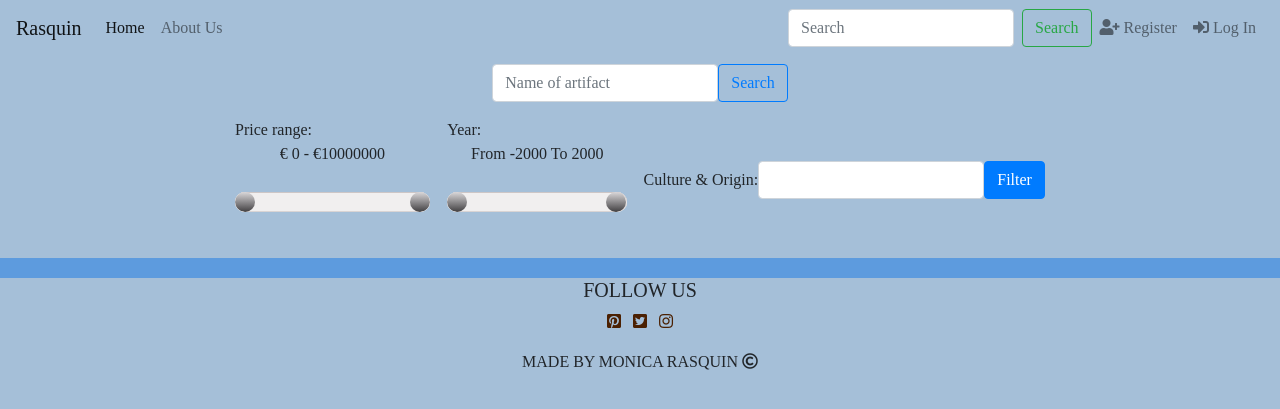
Repository: Rasquin/auction
Page: templates/base.html
The author's editor kept a record of every edit. The page is drawn from the files as they stood at one moment, then again after the next edit.
The browser window is 1280 px wide. The pictures show the whole page.
The template is drawn by Django 2.2. The application's start-up code is not run. Other server files are loaded and not shown. The template is opened directly, without the code that normally fills it, so the values that code supplies are empty.

Above is the page before.

### templates/base.html
<!DOCTYPE html>

{% load staticfiles %}


<html lang="en">

<head>
    <meta charset="UTF-8">
    <meta name="viewport" content="width=device-width, initial-scale=1.0">
    <meta http-equiv="X-UA-Compatible" content="ie=edge">

    <!-- favicon icon-->
	<link rel="shortcut icon" href="{% static 'icon/lizzy.ico' %}" />

    <!-- Bootstrap compiled and minified CSS -->
    <link rel="stylesheet" href="https://stackpath.bootstrapcdn.com/bootstrap/4.3.1/css/bootstrap.min.css" integrity="sha384-ggOyR0iXCbMQv3Xipma34MD+dH/1fQ784/j6cY/iJTQUOhcWr7x9JvoRxT2MZw1T" crossorigin="anonymous">

    <!-- Font Awesome compiled and minified CSS -->
    <link rel="stylesheet" href="{% static 'font-awesome/css/all.css' %}">



    <!-- Own CSS -->
    <link rel="stylesheet" href="{% static 'css/mystyle.css' %}" type="text/css" />


    <!-- Own Scripts -->
    <script type="text/javascript" src="{% static 'js/myscript.js' %}"></script>

    <title>{% block page_title %}{% endblock %}</title>

</head>


<body>
    <!-- NavBar area -->
    <nav class="navbar navbar-expand-lg navbar-light bg-light">
        <!-- NavBar Brand-->
        <a class="navbar-brand" href="#">Rasquin</a>
        <button class="navbar-toggler" type="button" data-toggle="collapse" data-target="#navbarSupportedContent" aria-controls="navbarSupportedContent" aria-expanded="false" aria-label="Toggle navigation">
            <span class="navbar-toggler-icon"></span>
        </button>

        <div class="collapse navbar-collapse" id="navbarSupportedContent">
            <!-- NavBar Home & ABout-->
            <ul class="navbar-nav mr-auto">
                <li class="nav-item active">
                    <a class="nav-link" href="{% url 'index' %}">Home <span class="sr-only">(current)</span></a>
                </li>
                <li class="nav-item">
                    <a class="nav-link" href="{% url 'about' %}">About Us</a>
                </li>

            </ul>

            <form class="form-inline my-2 my-lg-0">
                <input class="form-control mr-sm-2" type="search" placeholder="Search" aria-label="Search">
                <button class="btn btn-outline-success my-2 my-sm-0" type="submit">Search</button>
            </form>
            <!-- NavBar User status-->
            <ul class="navbar-nav navbar-right">
                    {% if user.is_authenticated %}
                        <li class="nav-item">
                            <a class="nav-link" href="{% url 'profile' %}"><i class="fa fa-user"></i> Profile</a>
                        </li>
                        <li class="nav-item">
                            <a class="nav-link" href="{% url 'logout' %}"><i class="fa fa-sign-out-alt"></i> Log Out</a>
                        </li>
                        <li class="nav-item">
                            <a class="nav-link" href="{% url 'view_my_biddings' %}"><i class="fas fa-gavel"></i>My Biddings </a>
                        </li>
                    {%  else %}
                        <li class="nav-item">
                            <a class="nav-link" href="{% url 'register' %}"><i class="fa fa-user-plus"></i> Register</a>
                        </li>
                        <li class="nav-item">
                            <a class="nav-link" href="{% url 'login' %}"><i class="fa fa-sign-in-alt"></i> Log In</a>
                        </li>
                    {% endif %}
                </ul>
        </div>
    </nav>

    <!-- Search & Filter area -->

    <!-- Search -->
    <nav class="navbar navbar-light bg-light justify-content-center">
        <form action="{% url 'search_by_name' %}" method="get" class="form-inline ">
            {% csrf_token %}
            <input type="text" class="form-control" id="artifact_name" name="artifact_name" required placeholder="Name of artifact">
            <button class="btn btn-outline-primary  my-2 my-sm-0" type="search">Search</button>
        </form>
    </nav>


    <!-- Filters -->

    <nav class="navbar navbar-light bg-light justify-content-center">
        <form action="{% url 'filters' %}" method="get" class="form-inline">
            {% csrf_token %}
            <!-- Price Filter -->
            <div class="form-group mb-2" >
                <label for="amount">Price range:</label>

                <div class="col-11">
                    <section class="range-slider-price range-slider">
                        <span class="rangePriceValues rangeValues"></span>
                        <input value="0" min="0" max="10000000" step="5000" type="range" name="min_price">
                        <input value="10000000" min="0" max="10000000" step="5000" type="range" name="max_price">
                    </section>
                </div>
            </div>
            <!-- Year Filter -->
            <div class="form-group mb-2" >
                <label  for="amount">Year:</label>

                <div class="col-11">
                    <section class="range-slider-year range-slider">

                        <span class="rangeYearValues"></span>
                        <input value="-2000" min="-2000" max="2020" step="200" type="range" name="min_year">
                        <input value="2020" min="-2000" max="2020" step="200" type="range" name="max_year">
                    </section>
                </div>
            </div>
            <!-- Origin Filter -->
            <div class="form-group mb-2">
                <label for="origin">Culture & Origin:</label>
                <input type="text" class="form-control" id="artifact_origin" name="artifact_origin">
            </div>
            <!-- Filter Button -->

                <button class="btn btn-primary mb-2" type="search">Filter</button>


        </form>
    </nav>




    <!-- Messages area -->
    {% if messages %}
    <div class="alert alert-success">
            <div class="messages">
                {% for message in messages %}
                    {{ message }}
                {% endfor %}
            </div>
        </div>
    {% endif %}

    <!-- Content area -->
    <div class="container-general">

        <!-- Block content area -->
        <div class="container-fluid">
            {% block content %} {% endblock %}
        </div>

    </div>

    <!-- Footer area -->
    <footer class="container-fluid">


        <!-- SOCIAL MEDIA-->
        <div class="row ">
            <div class="col-12 text-center">
                <h5 class="text-uppercase">Follow Us</h5>
                <ul class="list-inline social-links">
                    <li class="list-inline-item"><a href="#"><i class="fab fa-pinterest-square"  aria-hidden="true"></i></a></li>
                    <li class="list-inline-item"><a href="#"><i class="fab fa-twitter-square" aria-hidden="true"></i></a></li>
                    <li class="list-inline-item"><a href="#"><i class="fab fa-instagram" aria-hidden="true"></i></a></li>
                </ul>
            </div>
        </div>

        <!--COPYRIGHT-->
        <div class="row ">
            <div class="col-12">

                <p class="text-center text-uppercase">Made by Monica Rasquin <i class="far fa-copyright"></i> </p>
            </div>
        </div>
    </footer>


    <!-- Bootstrap compiled and minified JavaScript -->
    <script src="https://code.jquery.com/jquery-3.3.1.slim.min.js" integrity="sha384-q8i/X+965DzO0rT7abK41JStQIAqVgRVzpbzo5smXKp4YfRvH+8abtTE1Pi6jizo" crossorigin="anonymous"></script>
    <script src="https://cdnjs.cloudflare.com/ajax/libs/popper.js/1.14.7/umd/popper.min.js" integrity="sha384-UO2eT0CpHqdSJQ6hJty5KVphtPhzWj9WO1clHTMGa3JDZwrnQq4sF86dIHNDz0W1" crossorigin="anonymous"></script>
    <script src="https://stackpath.bootstrapcdn.com/bootstrap/4.3.1/js/bootstrap.min.js" integrity="sha384-JjSmVgyd0p3pXB1rRibZUAYoIIy6OrQ6VrjIEaFf/nJGzIxFDsf4x0xIM+B07jRM" crossorigin="anonymous"></script>
    {% block head_js %} {% endblock %}

</body>
</html>

### static/js/myscript.js
//--------------------------------------Slider for Prices filter
function getPriceVals() {
    // Get slider price values
    var parent = this.parentNode;
    var slides = parent.getElementsByTagName("input");
    var slide1 = parseFloat(slides[0].value);
    var slide2 = parseFloat(slides[1].value);
    // Neither slider will clip the other, so make sure we determine which is larger
    if (slide1 > slide2) { var tmp = slide2;
        slide2 = slide1;
        slide1 = tmp; }

    var displayElement = parent.getElementsByClassName("rangePriceValues")[0];
    displayElement.innerHTML = "€ " + slide1 + " - €" + slide2;
}

//--------------------------------------Slider for Year filter
function getYearVals() {
    // Get Year slider values
    var parent = this.parentNode;
    var slides = parent.getElementsByTagName("input");
    var slide1 = parseFloat(slides[0].value);
    var slide2 = parseFloat(slides[1].value);
    // Neither slider will clip the other, so make sure we determine which is larger
    if (slide1 > slide2) { var tmp = slide2;
        slide2 = slide1;
        slide1 = tmp; }

    var displayElement = parent.getElementsByClassName("rangeYearValues")[0];
    displayElement.innerHTML = "From " + slide1 + " To " + slide2;
}

//----------------------------------------------- Initialize Sliders
window.onload = function() {
    // For Price
    var sliderSectionsPrice = document.getElementsByClassName("range-slider-price");
    for (var x = 0; x < sliderSectionsPrice.length; x++) {
        var slidersPrice = sliderSectionsPrice[x].getElementsByTagName("input");
        for (var y = 0; y < slidersPrice.length; y++) {
            if (slidersPrice[y].type === "range") {
                slidersPrice[y].oninput = getPriceVals;
                // Manually trigger event first time to display values
                slidersPrice[y].oninput();
            }
        }
    }
    // For Year
    var sliderSectionsYear = document.getElementsByClassName("range-slider-year");
    for (var x = 0; x < sliderSectionsYear.length; x++) {
        var slidersYear = sliderSectionsYear[x].getElementsByTagName("input");
        for (var y = 0; y < slidersYear.length; y++) {
            if (slidersYear[y].type === "range") {
                slidersYear[y].oninput = getYearVals;
                // Manually trigger event first time to display values
                slidersYear[y].oninput();
            }
        }
    }
}

Loaded but not shown: static/font-awesome/css/all.css (library); static/css/mystyle.css (common file)

After the next edit:
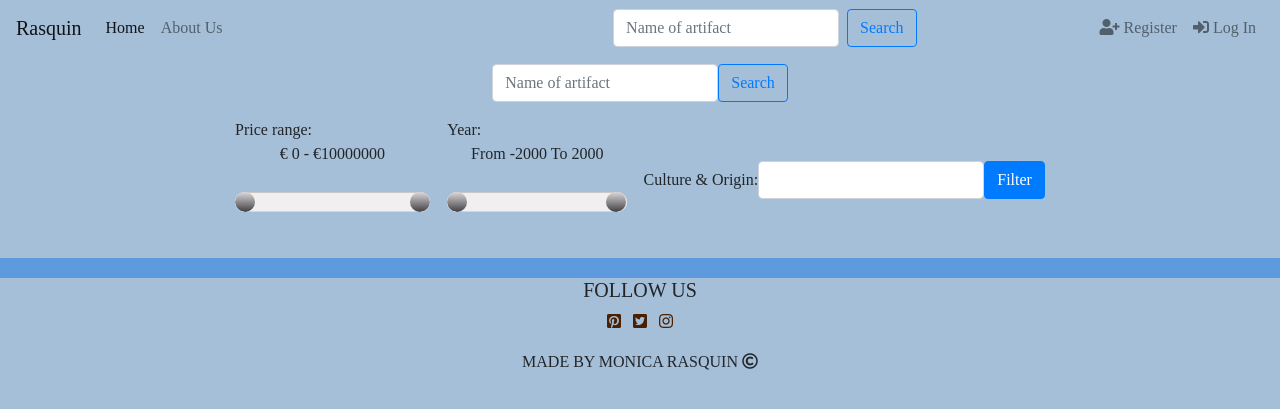
The edit:
--- a/templates/base.html
+++ b/templates/base.html
@@ -53,10 +53,11 @@
                 </li>
 
             </ul>
-
-            <form class="form-inline my-2 my-lg-0">
-                <input class="form-control mr-sm-2" type="search" placeholder="Search" aria-label="Search">
-                <button class="btn btn-outline-success my-2 my-sm-0" type="submit">Search</button>
+            <!-- NavBar Search -->
+            <form action="{% url 'search_by_name' %}" method="get" class="form-inline my-2 my-lg-0 margin-search-form">
+                {% csrf_token %}
+                <input class="form-control mr-sm-2" id="artifact_name" name="artifact_name" required placeholder="Name of artifact" aria-label="Search">
+                <button class="btn btn-outline-primary my-2 my-sm-0" type="search">Search</button>
             </form>
             <!-- NavBar User status-->
             <ul class="navbar-nav navbar-right">
